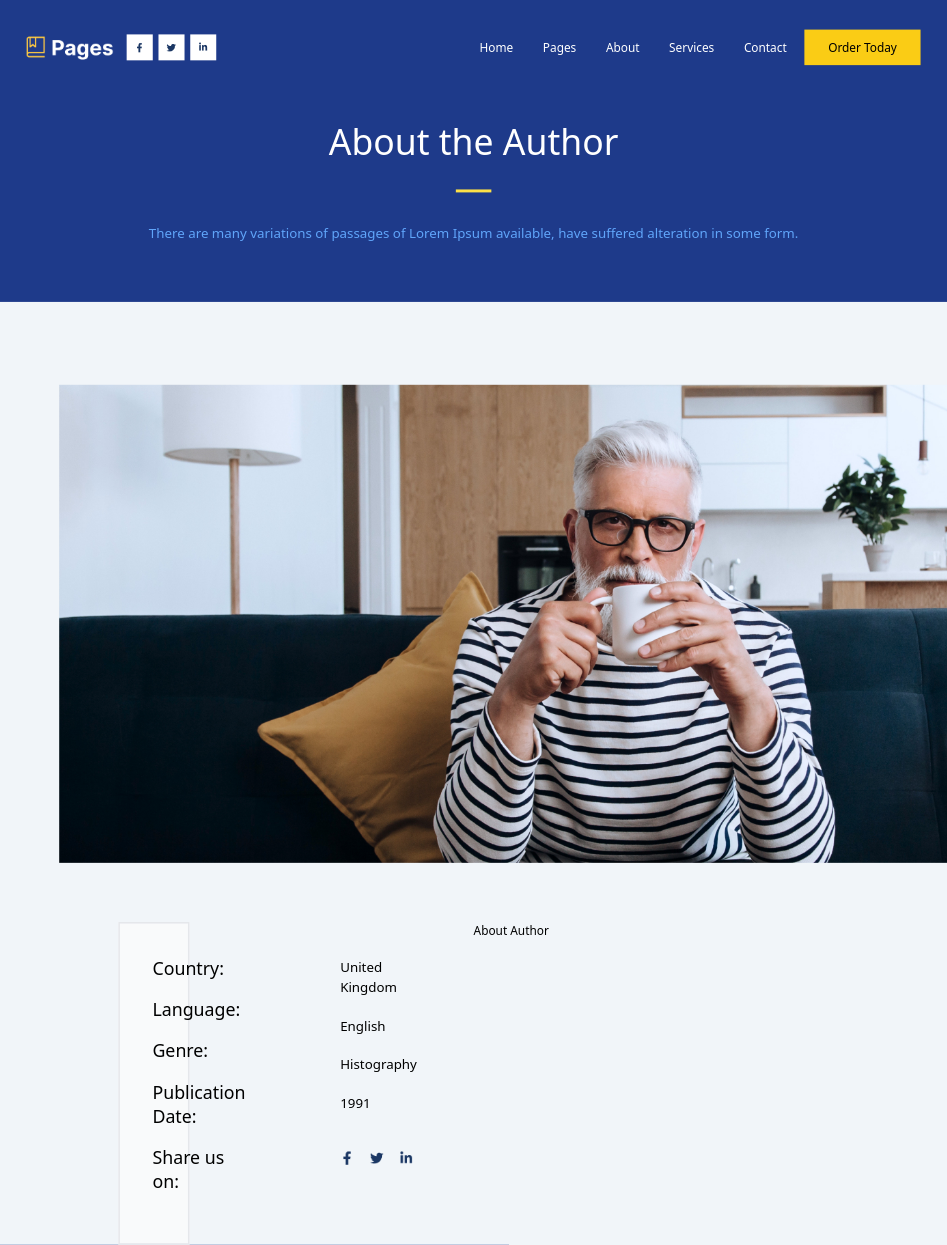
Repository: Godnorg/Class3
Page: index.html
An editor plug-in stored every save of this project. The page is shown before and after a run of saves, followed by the edit.
The browser window is 1280 px wide. The pictures show the whole page, at 74% of full size.
Some web libraries are served in a nearby version.

Above is the page before, as saved 2023-02-20 02:12:04.

After the next 3 saves:
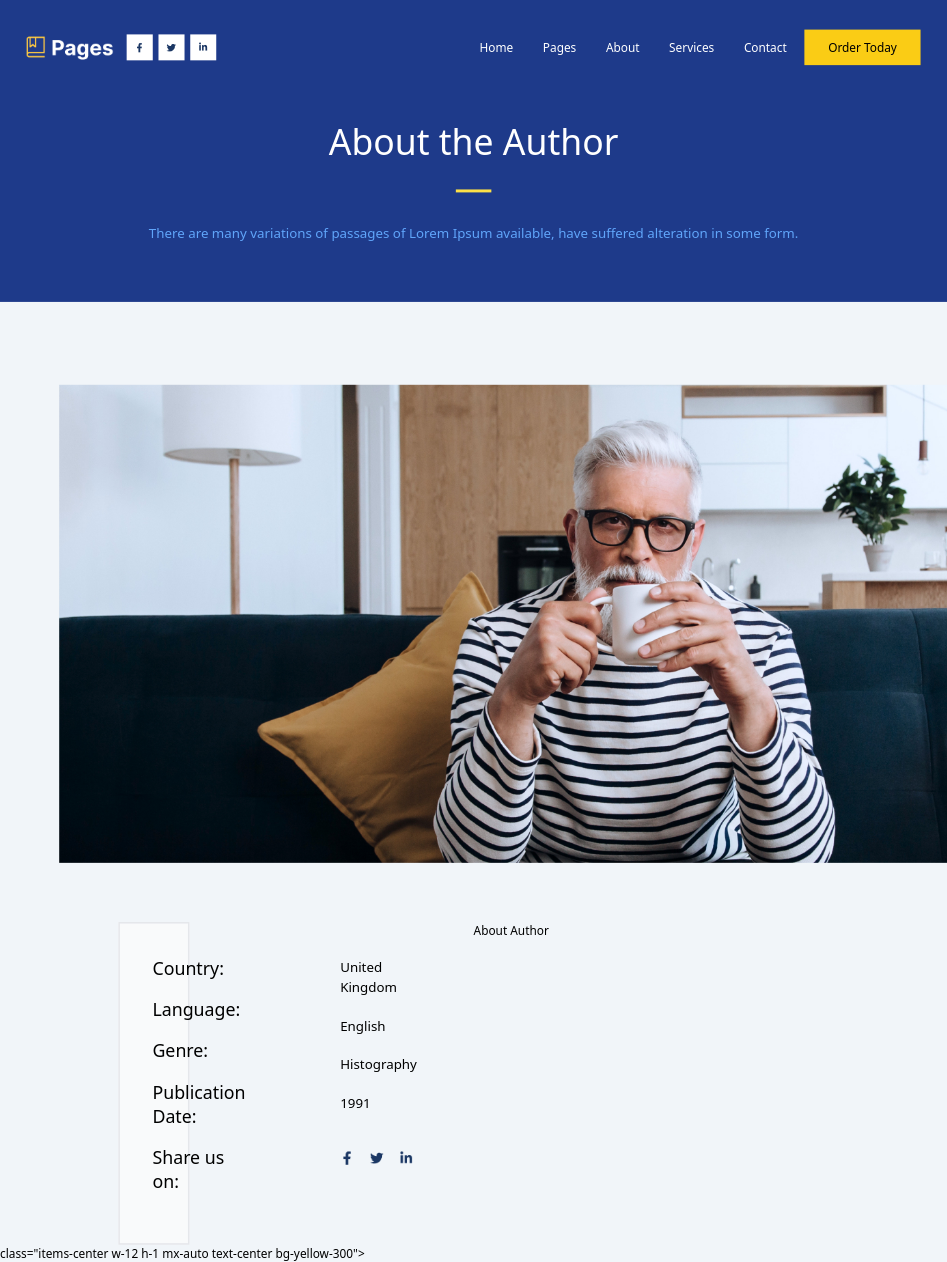
The 3 saves are shown as one change because they came seconds apart.
The last was saved 16 s later.
--- a/index.html
+++ b/index.html
@@ -57,6 +57,7 @@
         </div>
           <h1>About Author</h1>
           <div>
+            class="items-center w-12 h-1 mx-auto text-center bg-yellow-300">
         </div>
     </div>
 </div>

After the save that followed:
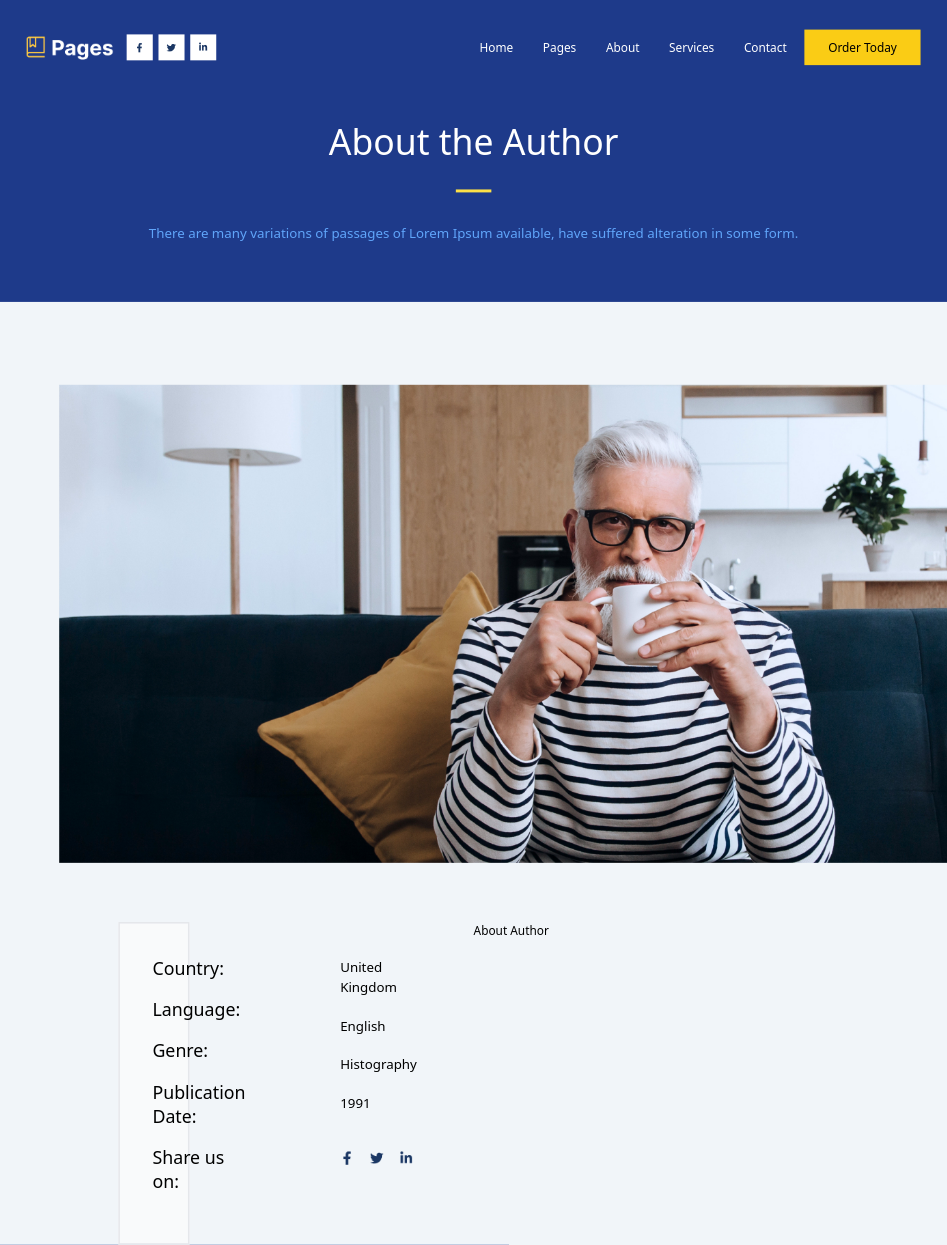
Saved 5 s later.
--- a/index.html
+++ b/index.html
@@ -57,7 +57,7 @@
         </div>
           <h1>About Author</h1>
           <div>
-            class="items-center w-12 h-1 mx-auto text-center bg-yellow-300">
+            <class="items-center w-12 h-1 mx-auto text-center bg-yellow-300">
         </div>
     </div>
 </div>
